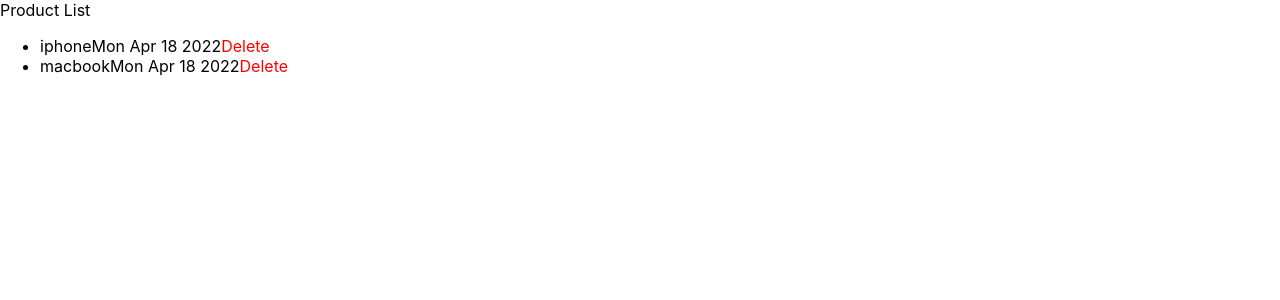
Repository: truongnguyen0868795985/react-simple-demo
Page: /
The author's editor kept a copy of each file at every save. The page is drawn from the files as they stood at one save, then again after the next save.
The browser window is 1280 px wide. The pictures show the whole page.
The project was rebuilt for these pictures with package versions that can differ from the ones it lists, and the page was loaded fresh each time. Also part of the build but not shown: src/App.css.

Above is the page before, as saved 2022-04-18 15:53:27.

After the next save:
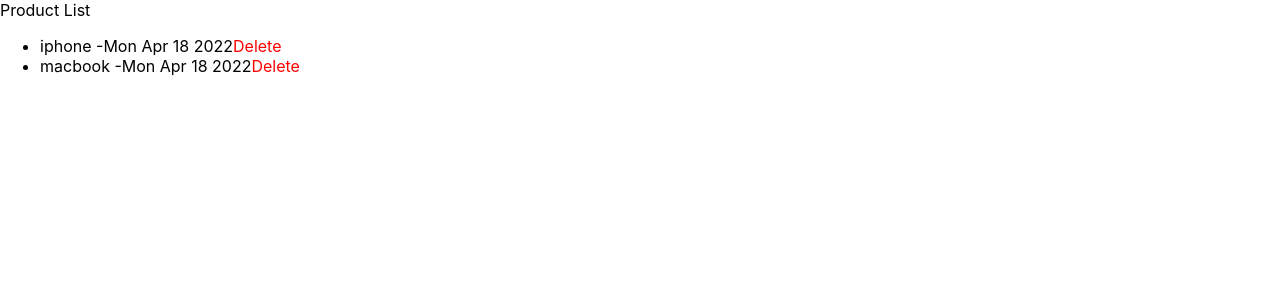
Saved 9 s later.
--- a/src/App.jsx
+++ b/src/App.jsx
@@ -23,8 +23,7 @@
       <ul>
         {productList.map((product) => (
           <li key={product.id}>
-            {product.name}
-            {product.date}
+            {product.name} -{product.date}
             <span
               onClick={() => handleOnDeleteButtonClick(product.name)}
               style={{ color: "red", cursor: "pointer" }}
